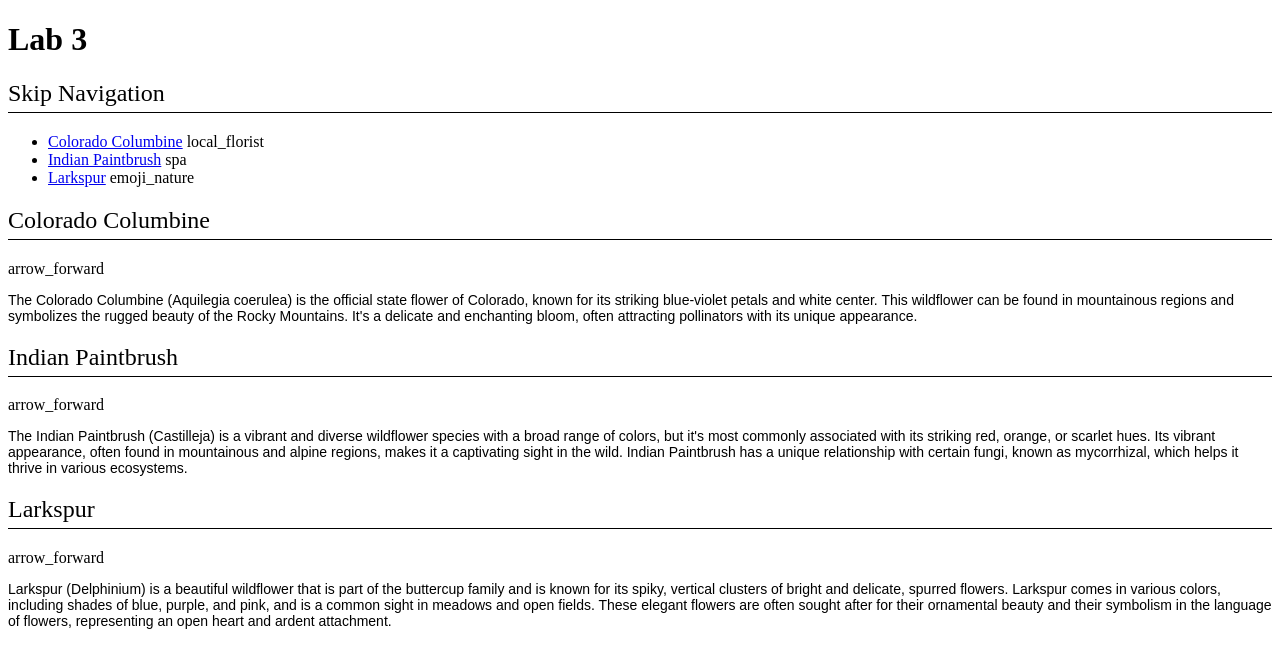
Repository: ethan-schrauf/UniversalDesignWebsite
Page: lab3.html
An editor plug-in stored every save of this project. The page is shown before and after the next save, followed by the edit.
The browser window is 1280 px wide. The pictures show the whole page.

Above is the page before, as saved 2023-10-13 18:52:08.

After the next save:
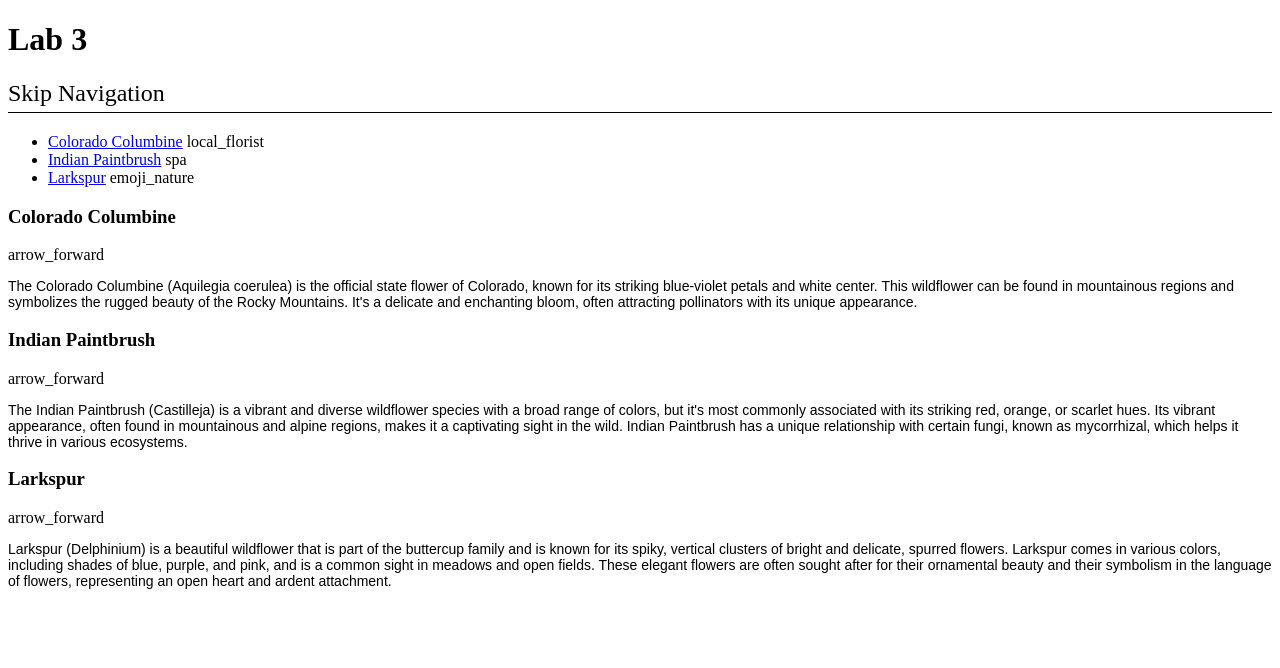
Saved 33 s later.
--- a/lab3.html
+++ b/lab3.html
@@ -21,16 +21,16 @@
             </ul>
         </nav>
             <section id="Colorado Columbine">
-              <h2>Colorado Columbine</h2>
+              <h3>Colorado Columbine</h3>
               <span aria-hidden=”true” class="material-icons">arrow_forward</span>
               <p>The Colorado Columbine (Aquilegia coerulea) is the official state flower of Colorado, known for its striking blue-violet petals and white center. This wildflower can be found in mountainous regions and symbolizes the rugged beauty of the Rocky Mountains. It's a delicate and enchanting bloom, often attracting pollinators with its unique appearance.</p>
             </section>
             <section id="Indian Paintbrush">
-              <h2>Indian Paintbrush</h2>
+              <h3>Indian Paintbrush</h3>
               <span aria-hidden=”true” class="material-icons">arrow_forward</span>
               <p>The Indian Paintbrush (Castilleja) is a vibrant and diverse wildflower species with a broad range of colors, but it's most commonly associated with its striking red, orange, or scarlet hues. Its vibrant appearance, often found in mountainous and alpine regions, makes it a captivating sight in the wild. Indian Paintbrush has a unique relationship with certain fungi, known as mycorrhizal, which helps it thrive in various ecosystems.</p>
             <section id="Larkspur">
-              <h2>Larkspur</h2>
+              <h3>Larkspur</h3>
               <span aria-hidden=”true” class="material-icons">arrow_forward</span>
               <p>Larkspur (Delphinium) is a beautiful wildflower that is part of the buttercup family and is known for its spiky, vertical clusters of bright and delicate, spurred flowers. Larkspur comes in various colors, including shades of blue, purple, and pink, and is a common sight in meadows and open fields. These elegant flowers are often sought after for their ornamental beauty and their symbolism in the language of flowers, representing an open heart and ardent attachment.</p>
             </section>
